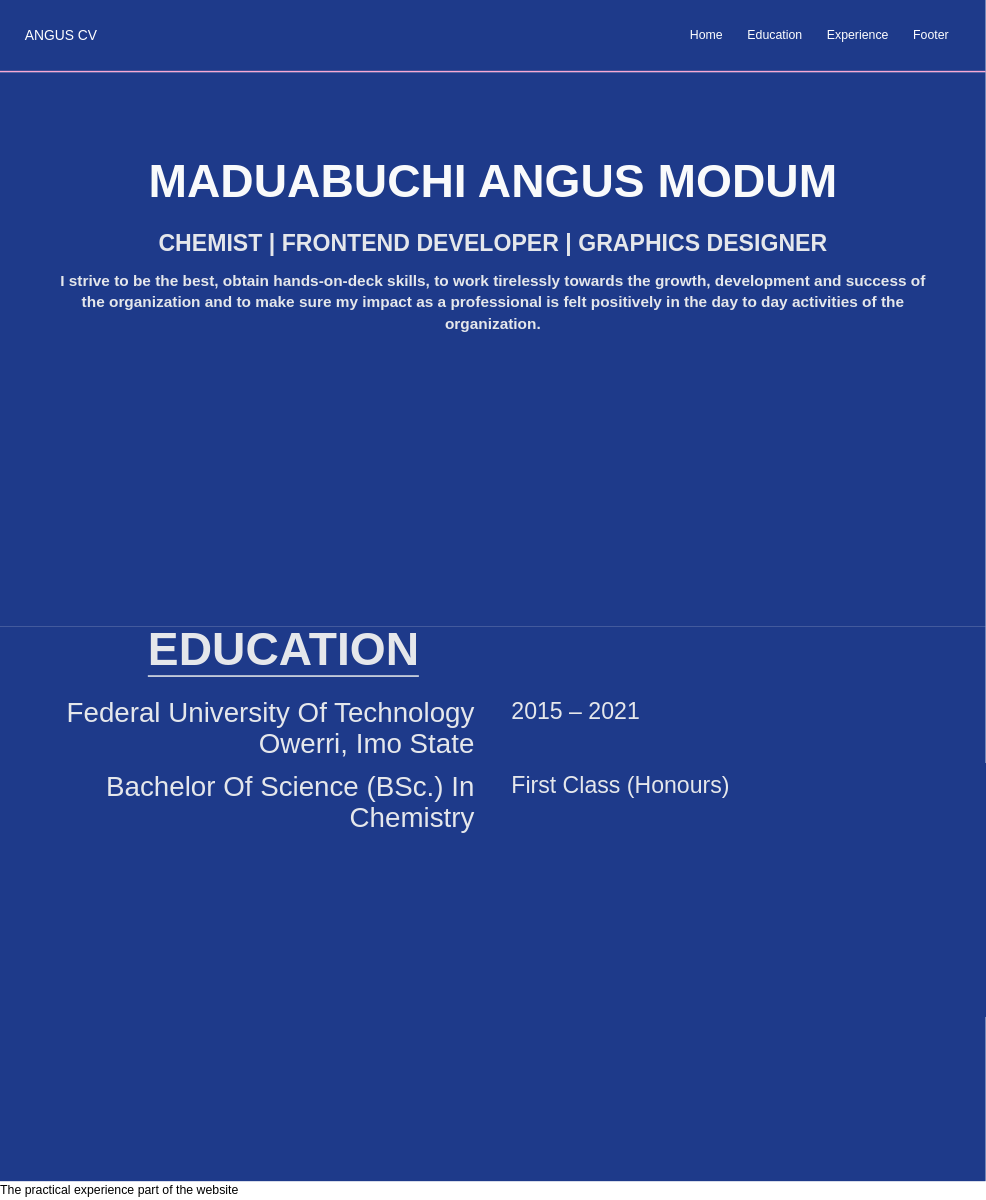
Repository: AngusOnyebuchi/AngusOnyebuchi.github.io
Page: /
These files come from the project's save history. The page is drawn as it stood at one moment and after the next save; the edit follows.
The browser window is 1280 px wide. The pictures show the whole page, at 77% of full size.
The project was rebuilt for these pictures with package versions that can differ from the ones it lists, and the page was loaded fresh each time.

Above is the page before, as saved 2022-04-17 19:52:40.

After the next save:
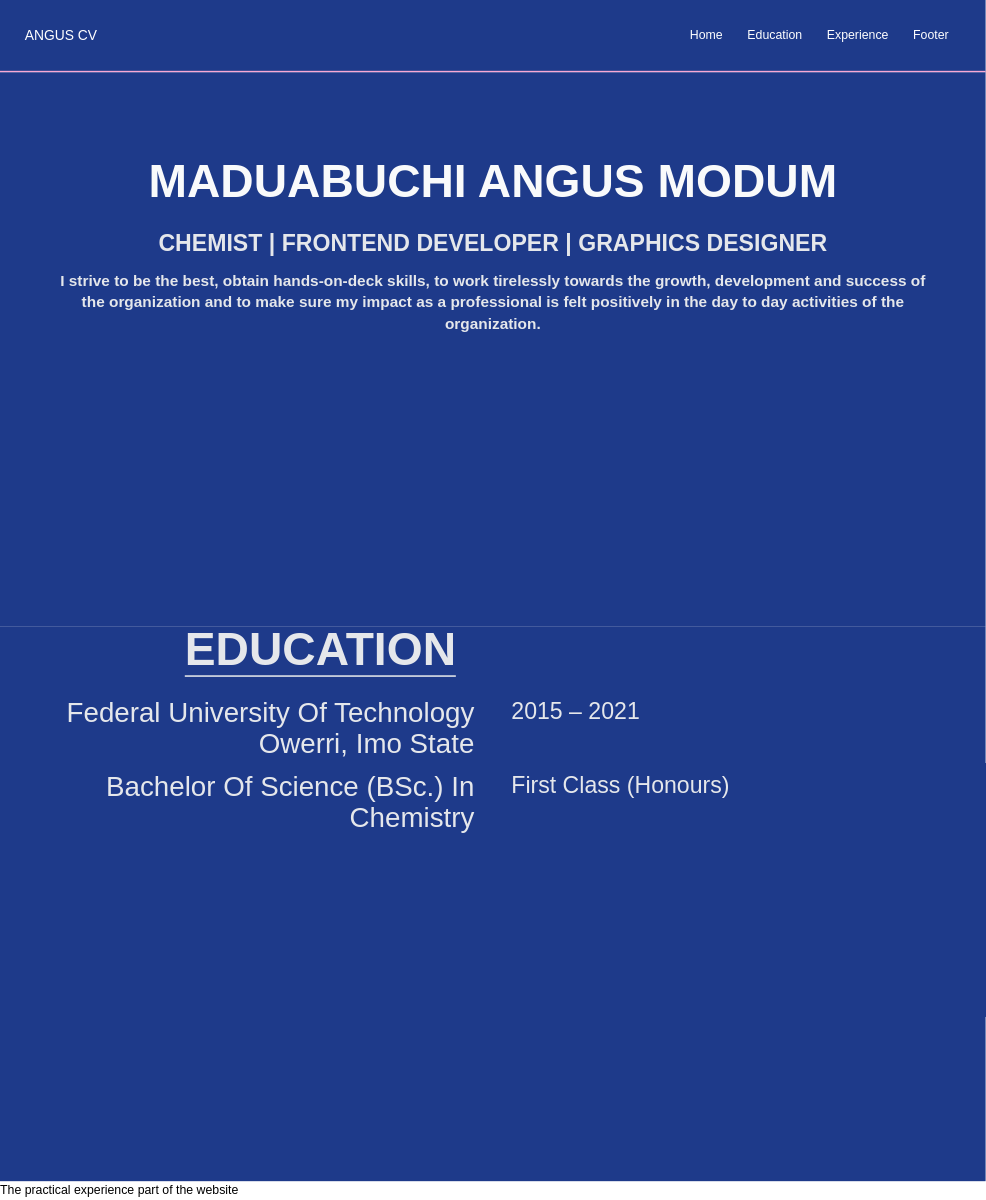
Saved 16 s later.
--- a/src/components/Education.js
+++ b/src/components/Education.js
@@ -3,7 +3,7 @@ import React from "react";
 export default function Education() {
     return(
         <div className="bg-blue-900 w-full h-screen text-gray-200">
-            <h1 className="text-4xl md:text-6xl font-bold uppercase pt-24 text-center text-gray-200 inline border-b-2 ml-48">Education</h1>
+            <h1 className="text-4xl md:text-6xl font-bold uppercase pt-24 text-center text-gray-200 inline border-b-2 ml-60">Education</h1>
             <div className="grid grid-cols-2 gap-12 mx-16 pt-8 ">
                 <h3 className="capitalize text-xl md:text-4xl text-right">Federal university of technology owerri, Imo state</h3>
                 <h4 className="text-lg md:text-3xl ">2015 – 2021</h4>
